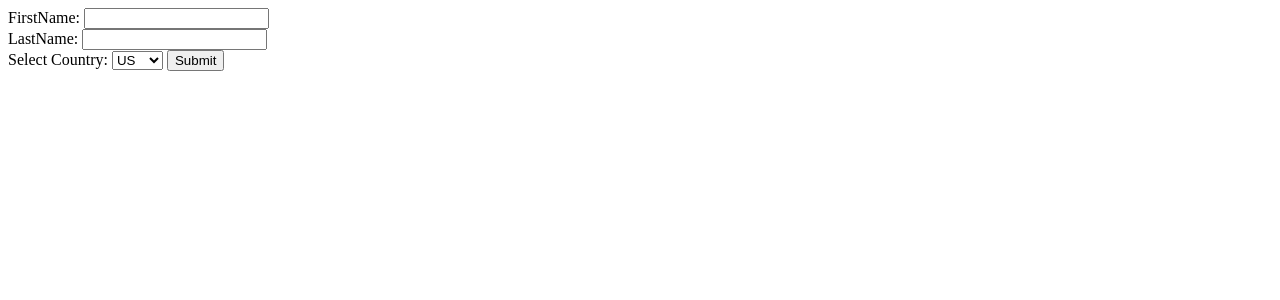
Repository: PuchakayalaVyshnavi/Bootstrap5
Page: Java/jspdemo/src/main/webapp/Student-form.html
An editor plug-in stored every save of this project. The page is shown before and after the next save, followed by the edit.
The browser window is 1280 px wide. The pictures show the whole page.

Above is the page before, as saved 2021-08-17 08:19:19.

### Java/jspdemo/src/main/webapp/Student-form.html
<html>
<head><title>Student Registration Form</title></head>

<body>

<form action ="student-response.jsp">
FirstName: <input type ="text" name="firstName"/>
<br/>
LastName: <input type ="text" name="lastName"/>
<br/>
Select Country:
<select>
<option>US</option>
<option>UK</option>
<option>India</option>
</select>
<input type = "submit" value="Submit"/>
</form>
</body>

</html>

After the next save:
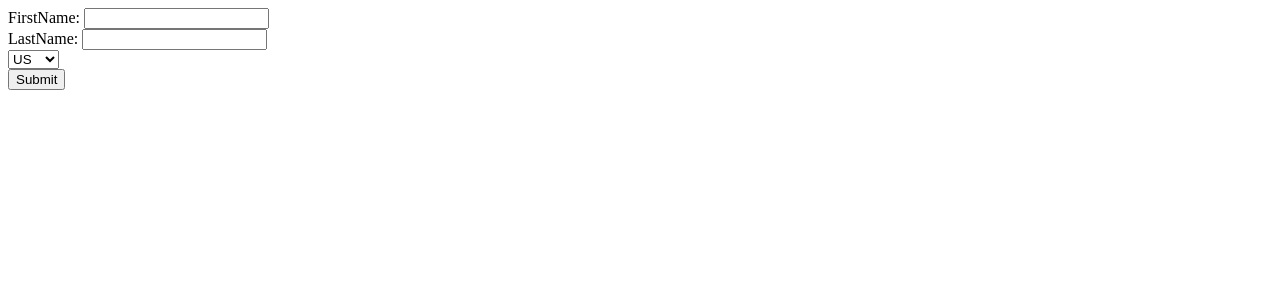
Saved 31 s later.
--- a/Java/jspdemo/src/main/webapp/Student-form.html
+++ b/Java/jspdemo/src/main/webapp/Student-form.html
@@ -8,12 +8,12 @@ FirstName: <input type ="text" name="firstName"/>
 <br/>
 LastName: <input type ="text" name="lastName"/>
 <br/>
-Select Country:
-<select>
+<select name ="Country">
 <option>US</option>
 <option>UK</option>
 <option>India</option>
 </select>
+<br/>
 <input type = "submit" value="Submit"/>
 </form>
 </body>
